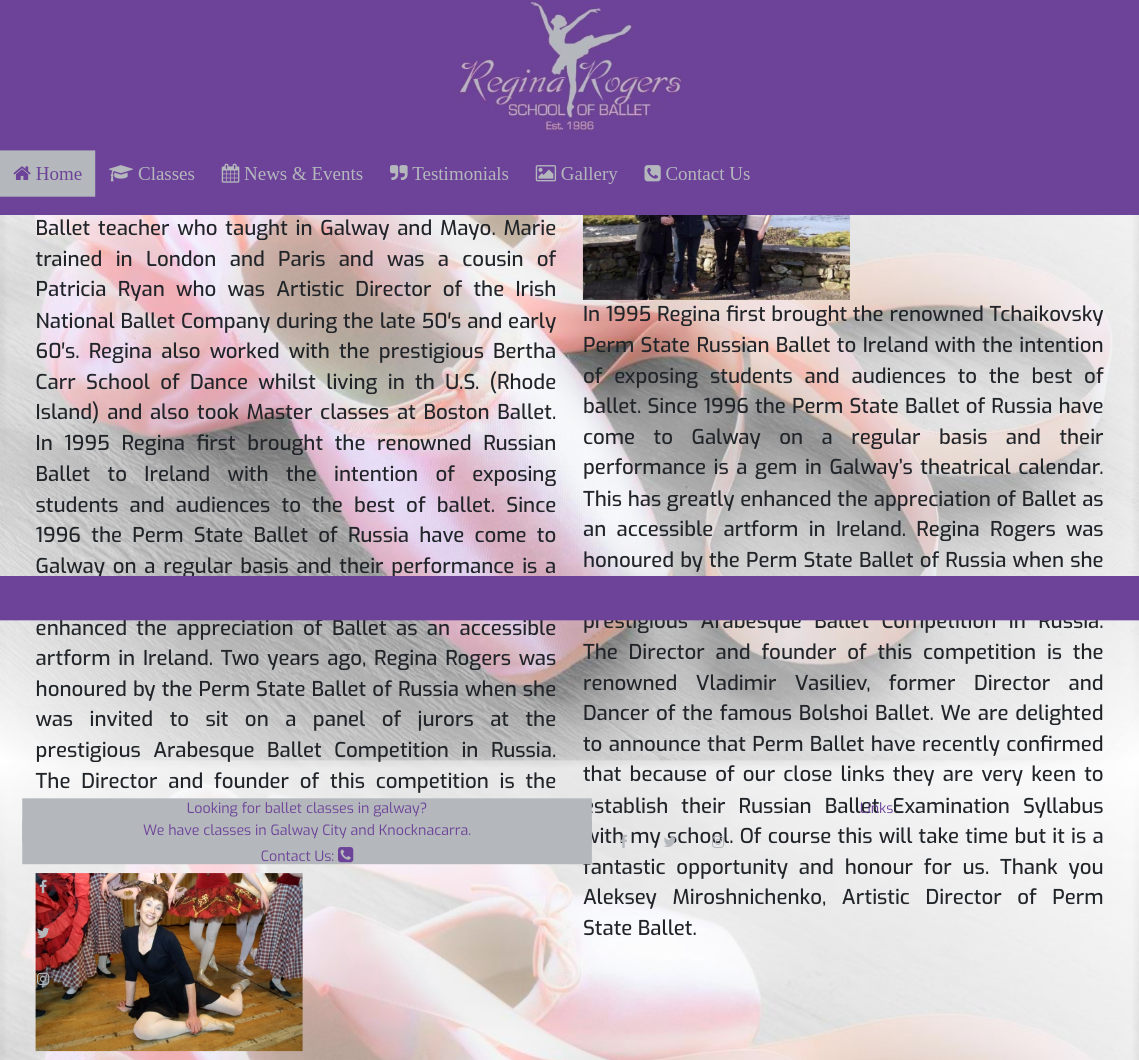
Repository: davidtmiller2010/galwayballet
Page: index1.html
The author's editor kept a record of every edit. The page is drawn from the files as they stood at one moment, then again after the next edit.
The browser window is 1280 px wide. The pictures show the whole page, at 89% of full size.

Above is the page before.

### index1.html
<!DOCTYPE html>
<html lang="en">

<head>
    <meta charset="UTF-8">
    <meta name="viewport" content="width=device-width, initial-scale=1.0">
    <meta http-equiv="X-UA-Compatible" content="ie=edge">
    <link rel="stylesheet" href="https://stackpath.bootstrapcdn.com/bootstrap/4.3.1/css/bootstrap.min.css" type="text/css" />
    <link rel="stylesheet" href="https://stackpath.bootstrapcdn.com/font-awesome/4.7.0/css/font-awesome.min.css" type="text/css" />
    <link rel="stylesheet" href="assets/CSS/style1.css" type="text/css" />
    <link href="https://fonts.googleapis.com/css?family=Exo|Roboto" rel="stylesheet">
    <link href="https://fonts.googleapis.com/css?family=Dancing+Script" rel="stylesheet">
    <title>Regina Rogers</title>
</head>

<body>
    <header>

        <div class="navbar ">
             <ul>
                <li><a href="index.html" class="active col-12  col-2"><i class="fa fa-home fa-lg"> Home</i></a></li>
                <li><a href="Classes.html" class=" col-12  col-2"><i class="fa fa-graduation-cap fa-lg"> Classes</i></a></li>
                <li><a href="News.html" class=" col-12  col-2"><i class="fa fa-calendar fa-lg"> News & Events</i></a></li>
                <li><a href="Testimonial.html" class=" col-12  col-2"><i class="fa fa-quote-right fa-lg"> Testimonials</i></a></li>
                <li><a href="Gallery.html" class=" col-12  col-2"><i class="fa fa-image fa-lg"> Gallery</i></a></li>
                <li><a href="Contact.html" class=" col-12  col-2"><i class="fa fa-phone-square fa-lg"> Contact Us</i></a></li>
            </ul>
        </div>


    </header>
    <section>
        <div class="logo">
            <!---logo--->
        </div>

        <div class="row margin ">
            <div class="col-sm-6 paragraph ">
                <h4>About Regina Rogers</h4>
                <p class="parastyle">
                    Regina Rogers B.A. H.Dip in Ed Director Regina Rogers has been dancing since the age of 4 and teaching since 1986. Her mother, Marie Langan was a well known Ballet teacher who taught in Galway and Mayo. Marie trained in London and Paris and was a cousin
                    of Patricia Ryan who was Artistic Director of the Irish National Ballet Company during the late 50′s and early 60′s. Regina also worked with the prestigious Bertha Carr School of Dance whilst living in th U.S. (Rhode Island) and also
                    took Master classes at Boston Ballet. In 1995 Regina first brought the renowned Russian Ballet to Ireland with the intention of exposing students and audiences to the best of ballet. Since 1996 the Perm State Ballet of Russia have
                    come to Galway on a regular basis and their performance is a gem in Galway’s theatrical calendar. This has greatly enhanced the appreciation of Ballet as an accessible artform in Ireland. Two years ago, Regina Rogers was honoured by
                    the Perm State Ballet of Russia when she was invited to sit on a panel of jurors at the prestigious Arabesque Ballet Competition in Russia. The Director and founder of this competition is the renowned Vladimir Vasiliev, former Director
                    and Dancer of the famous Bolshoi Ballet.
                </p>
                <img src="/assets/images/regina.jpg" width="300" height="200">
            </div>
            <div class="col-sm-6 paragraph">
                <h4>Tchaikovsky Perm State Ballet of Russia</h4>
                <img src="../assets/mainpage.jpg" width="300" height="200">
                <p class="parastyle">
                    In 1995 Regina first brought the renowned Tchaikovsky Perm State Russian Ballet to Ireland with the intention of exposing students and audiences to the best of ballet. Since 1996 the Perm State Ballet of Russia have come to Galway on a regular basis and
                    their performance is a gem in Galway’s theatrical calendar. This has greatly enhanced the appreciation of Ballet as an accessible artform in Ireland. Regina Rogers was honoured by the Perm State Ballet of Russia when she was invited
                    to sit on a panel of jurors at the prestigious Arabesque Ballet Competition in Russia. The Director and founder of this competition is the renowned Vladimir Vasiliev, former Director and Dancer of the famous Bolshoi Ballet. We are
                    delighted to announce that Perm Ballet have recently confirmed that because of our close links they are very keen to establish their Russian Ballet Examination Syllabus with my school. Of course this will take time but it is a fantastic
                    opportunity and honour for us. Thank you Aleksey Miroshnichenko, Artistic Director of Perm State Ballet.
                </p>
            </div>

        </div>
    </section>
    <footer>
        <div class="row container-fluid1">
            <div class="col-sm-6 footermessage">
                <h7 class="uppercase general">Looking for ballet classes in galway?</h7><br/>
                <p class="inline-block footermessage">
                    We have classes in Galway City and Knocknacarra.
                    <br>
                    Contact Us:
                    <a href="#" target="_blank">
                     <i class="fa fa-phone-square infobutton" aria-hidden="true"></i>
                    </a>
                    <li class=" list-inline-item">
                        <a target="_blank" href="#">
                            <i class="fa fa-facebook footericon " aria-hidden="true"></i>
                            <span class="sr-only">Facebook</span>
                        </a>
                        <a target="_blank" href="#">
                            <i class="fa fa-twitter footericon " aria-hidden="true"></i>
                            <span class="sr-only">Twitter</span>
                        </a>


                        <a target="_blank" href="#">
                            <i class="fa fa-instagram footericon " aria-hidden="true"></i>
                            <span class="sr-only">Instagram</span>
                        </a>
                    </li>
                </p>
            </div>
            <div class="col-sm-6 footerlinks">
                <h7 class="uppercase ">Links</h7><br/>
                <ul class="list-inline social-links">
                    <li class=" list-inline-item">
                        <a target="_blank" href="#">
                            <i class="fa fa-facebook footericon " aria-hidden="true"></i>
                            <span class="sr-only">Facebook</span>
                        </a>
                    </li>
                    <li class=" list-inline-item">
                        <a target="_blank" href="#">
                            <i class="fa fa-twitter footericon " aria-hidden="true"></i>
                            <span class="sr-only">Twitter</span>
                        </a>
                    </li>
                    <li class=" list-inline-item">
                        <a target="_blank" href="#">
                            <i class="fa fa-instagram footericon " aria-hidden="true"></i>
                            <span class="sr-only">Instagram</span>
                        </a>
                    </li>
                </ul>
            </div>
        </div>
        </div>
    </footer>
    <script src="https://code.jquery.com/jquery-3.3.1.slim.min.js" integrity="sha384-q8i/X+965DzO0rT7abK41JStQIAqVgRVzpbzo5smXKp4YfRvH+8abtTE1Pi6jizo" crossorigin="anonymous"></script>
    <script src="https://cdnjs.cloudflare.com/ajax/libs/popper.js/1.14.7/umd/popper.min.js" integrity="sha384-UO2eT0CpHqdSJQ6hJty5KVphtPhzWj9WO1clHTMGa3JDZwrnQq4sF86dIHNDz0W1" crossorigin="anonymous"></script>
    <script src="https://stackpath.bootstrapcdn.com/bootstrap/4.3.1/js/bootstrap.min.js" integrity="sha384-JjSmVgyd0p3pXB1rRibZUAYoIIy6OrQ6VrjIEaFf/nJGzIxFDsf4x0xIM+B07jRM" crossorigin="anonymous"></script>
</body>

### assets/CSS/style1.css
@import url('https://fonts.googleapis.com/css?family=Exo:100,200,300,400,500,600,700|Roboto:100,200,300,400,500,600,700');

/*----------colors---------*/

.bg-color-details {
    background: none;
    color: #6D4399;
}

.formbg {
    background: none;
}


.bg-color-contact {
    color: #6D4399;
    background: none;
}

.submit {
    color: darkgreen;
    border: solid #B4B7BC;
    margin-top: 5px;
    font-weight: bold;
    padding: 10px;
    margin: 5px 10px 0 10px;
}

.reset {
    border: solid #B4B7BC;
    color: darkred;
    margin-top: 5px;
    font-weight: bold;
    padding: 10px;
    margin: 5px 10px 0 10px;
}

.bars {
    background-color: #6D4399;
    color: #B4B7BC;
    margin-left: 10px;
    margin-top: 10px;
    padding: 0;
    top: 0;
    display: block;
    cursor: pointer;
    z-index: 2;
    position: fixed
}

.form-control {
    border: solid #B4B7BC;
}



/*----------Header---------*/

header {
    margin-bottom: 0;
}

/*.navbar {
    overflow: hidden;
    background-color: #6D4399;
    position: fixed;
    top: 0;
    width: 100%;
    height: 90px;
    padding: 0;
    float: right;
}*/

.icons {
    display: none;
}

ul {
    list-style-type: none;
    margin-bottom: 0;
    margin-top: 0;
    padding: 0;
    background-color: #6D4399;

}

li {
    float: left;
    list-style: none;
}

li a {
    display: block;
    color: #B4B7BC;
    text-align: center;
    padding: 14px 16px;
    text-decoration: none;
}

li a:hover:not(.active) {
    background-color: #B4B7BC;
}

li a:hover {
    color: white;
    background-color: #6D4399;
}

.active {
    background-color: #B4B7BC;
    color: #6D4399;
}


/*----------body---------*/

body {
    top: 20px;
    background-image: url("../images/balletshoes.jpg");
    background-size: 100%;
    font-family: "Exo", sans-serif;
}

.logo {
    background: #6D4399;
    background-image: url("../images/reginalogo3.jpg");
    background-position: center;
    background-repeat: no-repeat;
    background-size: contain;
    top: 0;
    width: 100%;
    position: fixed;
    height: 150px;
    padding: 0;
    margin: 0;
    z-index: 1;
}


.row {
    margin-left: 25px;
    margin-right: 25px;

}

.layout {
    z-index: -1;
}

.paragraph {
    margin: 10px 0;
    text-align: justify;
    text-justify: inter-word;
    font-family: "Exo", Times, serif;
    font-size: 10px;
    font-weight: 500;
    z-index: -1;
}


/*----------Footer---------*/

footer {
    background: #6D4399;
    color: #6D4399;
    padding-bottom: 10px;
    margin: 0;
    text-align: center;
    height: 50px;
    position: fixed;
    width: 100%;
    bottom: 23px;
}

.footermessage {
    background-color: #B4B7BC;
    margin: 0;
    height: 50px;
    padding: 0px;
}

.infobutton {
    background-color: #B4B7BC;
    font-size: 20px;
    color: #6D4399;
    margin: 0;
    margin-top: 5px;
    padding: 0;
    transition: all 0.5s ease-in-out;
    -moz-transition: all 0.5s ease-in-out;
    -webkit-transition: all 0.5s ease-in-out;
    -o-transition: all 0.5s ease-in-out;
}

.infobutton:hover {
    color: white;
}

/*----------Tables---------*/

table th {
    background: #6D4399;
    color: white;
    border: solid;
    border-color: #6D4399;
    text-align: center;
}

table td {
    border: solid;
    color: black;
    border-color: #6D4399;
}

#formstyle {
    width: 50%;
    display: inline-block;
    text-align: center;
    margin-left: 25%;
    margin-right: 25%;
}

.form-row {
    margin-top: 5px;
}

/*----------General---------*/

.headers {
    font-weight: 800;
    font-family: "Exo", sans-serif;
    text-align: center;
    text-decoration: underline;
}

.heading {
    font-weight: 600;
    font-family: "Exo", sans-serif;
    text-align: center;
    margin-top: 10px;
    font-size: 40px;

}

.headerstyle {
    font-weight: 700;
    font-family: "Exo", sans-serif;
    text-align: center;
    margin-bottom: 15px;
}

.testhead {
    font-weight: 600;
    font-family: "Exo", sans-serif;
    text-align: center;
    margin-top: 20px;
    font-size: 30px;
    text-decoration: underline;
}


.container-fluid1 {
    padding: 0;
    margin-top: 150px;
    margin-bottom: 80px;
    height: 100%;
    width: 100%;
}

.contact-heading {
    margin: 25px 0;
}

.gallery {
    width: 100%;
    text-align: center;
}

.news {
    z-index: -1;
    font-weight: 600;
    text-align: center;
    margin: 10px 0 20px 0px;
}

.newsheader {
    margin-top: 10px;
    text-align: center;
    text-decoration: underline;
    font-weight: bold;
    color: #696969;
}

.bordernews {
    border-style: solid;
    border-width: 1px;
    font-weight: 600;
}

/*----------Testimonials---------*/

.testimonials {
    padding: 0;
    margin: 5px;
    width: 100%;
    text-align: justify;
    z-index: -1;
    font-weight: 600;
    font-family: "Exo", sans-serif;
}

.image {
    width: 200px;
    height: 200px;
    margin: 5px 80px;
}

/*----------Media Queries---------*/

@media screen and (max-width: 767px)
/* Mobile */

    {

    ul {
        font-size: 8px;
    }

    nav ul a {
        margin-right: 60%;
        display: inline-block;
    }

    .fontsize {
        font-size: 10px;
        margin-bottom: 25px;
        text-align: justify;
        margin-right: 10px;
        font-weight: 600;
    }

    .footermessage {
        font-size: 15px;
    }

    .center {
        width: 50%;
        display: block;
        margin-left: auto;
        margin-right: auto;
        height: 50%;
    }

    .table {
        border: solid;
        width: 90%;
        height: 100%;
        color: black;
        border-color: #6D4399;
        margin-left: 10%;
        margin-right: 10%;
        background-color: #B4B7BC;
        overflow: auto;
        font-size: 10px;
    }

    .responsive {
        overflow: auto;
        height: 100%;
        width: 340px;
        margin: 0;

    }


    .picdimensions {
        width: 0px;
        height: 0px;
    }

    .parastyle {
        font-size: 15px;
    }

    .navbar {
        display: flex;
        flex-direction: column;
        align-items: center;
        background-color: #6D4399;
        position: fixed;
        top: 25px;
        width: 35%;
        height: 300px;
        padding: 0;
        float: right;
        transform: translateX(-100%);
        transition: transform 1s ease-in-out;
        z-index: 2;
    }

    .navbar-active {
        transform: translateX(0);
    }

    #formstyle {
        width: 80%;
        display: inline-block;
        text-align: center;
        margin-left: 10%;
        margin-right: 10%;
    }

    .textsize {
        font-size: 15px;
    }

    .video {
        width:0;
        height:0;
    }

}

@media screen and (min-width: 768px) and (max-width: 991px)
/* Tablet */

    {

    ul {
        font-size: 10px;
    }

    .bars {
        display: none;
    }

    nav ul a {
        margin-right: 25%;
        display: inline-block;
    }

    .gallery {

        width: 49%;
        text-align: center;
    }

    .testimonials {
        padding: 0;
        margin: 1px;
        /*width: 100%;*/
        text-align: justify;
        z-index: -1;
        font-weight: 600;
        font-family: "Exo", sans-serif;
    }

    .image {
        width: 300px;
        height: 250px;
        margin: 10px;
        align-items: center;
    }

    .center {
        width: 60%;
        display: block;
        margin: 5px 20% 5px 20%;
        height: 50%;
        text-align: center;
    }

    .fontsize {
        font-size: 20px;
        margin-bottom: 20px;
        margin-right: 10px;
        text-align: justify;
        font-weight: 600;
    }

    .newsheader {
        margin-top: 10px;
        text-align: center;
        text-decoration: underline;
        font-weight: bold;
        color: #191970;
        font-size: 30px;
    }

    .table {
        border: solid;
        width: 100%;
        height: 100%;
        color: black;
        border-color: #6D4399;
        margin-left: 10%;
        margin-right: 10%;
        background-color: #B4B7BC;
        overflow: auto;
    }

    .responsive {
        overflow: auto;
        height: 100%;
        width: 660px;
        margin-left: 10px;
        margin-right: 10px;

    }

    .picdimensions {
        width: 300px;
        height: 200px;
    }

    .paragraph {
        margin: 10px 0;
        text-align: justify;
        text-justify: inter-word;
        font-family: "Exo", Times, serif;
        font-size: 20px;
        font-weight: 500;
        z-index: -1;
    }

    .navbar {
        overflow: hidden;
        background-color: #6D4399;
        position: fixed;
        top: 150px;
        width: 100%;
        height: 90px;
        padding: 0;
        float: right;
        z-index: 2;
    }

    .container-fluid1 {
        padding: 0;
        margin-top: 250px;
        margin-bottom: 80px;
        height: 100%;
        width: 100%;
    }

    header {
        margin-bottom: 90px;
    }

    .testhead {
        text-align: left;
    }

}

@media screen and (min-width: 992px)
/* Desktop */

    {
    .bars {
        display: none;
    }


    .gallery {
        margin: 1px;
        text-align: center;
        width: 32%;

    }

    .testimonials {
        padding: 0;
        margin: 1px;
        width: 100%;
        text-align: justify;
        z-index: -1;
        font-weight: 600;
        font-family: "Exo", sans-serif;
    }

    .image {
        width: 500px;
        height: 500px;
        margin: 10px;

    }

    .center {
        width: 600px;
        display: block;
        margin: 10px 30px 10px 60px;
        height: 300px;
        text-align: center;

    }

    .fontsize {
        font-size: 25px;
        margin-bottom: 10px;
        text-align: justify;
        margin-right: 10px;
        font-weight: 600;
    }

    .newsheader {
        margin-top: 10px;
        text-align: left;
        text-decoration: underline;
        font-weight: bold;
        color: #6D4399;
        font-size: 40px;
    }

    .table {
        border: solid;
        width: 100%;
        height: 100%;
        color: black;
        border-color: #6D4399;
        background-color: #B4B7BC;
        overflow: auto;
    }

    .responsive {
        overflow: auto;
        height: 100%;
        width: 90%;
        margin-left: 5%;
        margin-right: 5%;

    }

    .picdimensions {
        width: 480px;
        height: 350px;

    }

    .paragraph {
        margin: 10px 0;
        text-align: justify;
        text-justify: inter-word;
        font-family: "Exo", Times, serif;
        font-size: 23px;
        font-weight: 500;
        z-index: -1;
    }

    .navbar {
        overflow: hidden;
        background-color: #6D4399;
        position: fixed;
        top: 150px;
        width: 100%;
        height: 90px;
        padding: 0;
        float: right;
        z-index: 2;
    }

    .container-fluid1 {
        padding: 0;
        margin-top: 250px;
        margin-bottom: 80px;
        height: 100%;
        width: 100%;
    }

    header {
        margin-bottom: 90px;
    }

    .testhead {
        text-align: left;
    }

}

After the next edit:
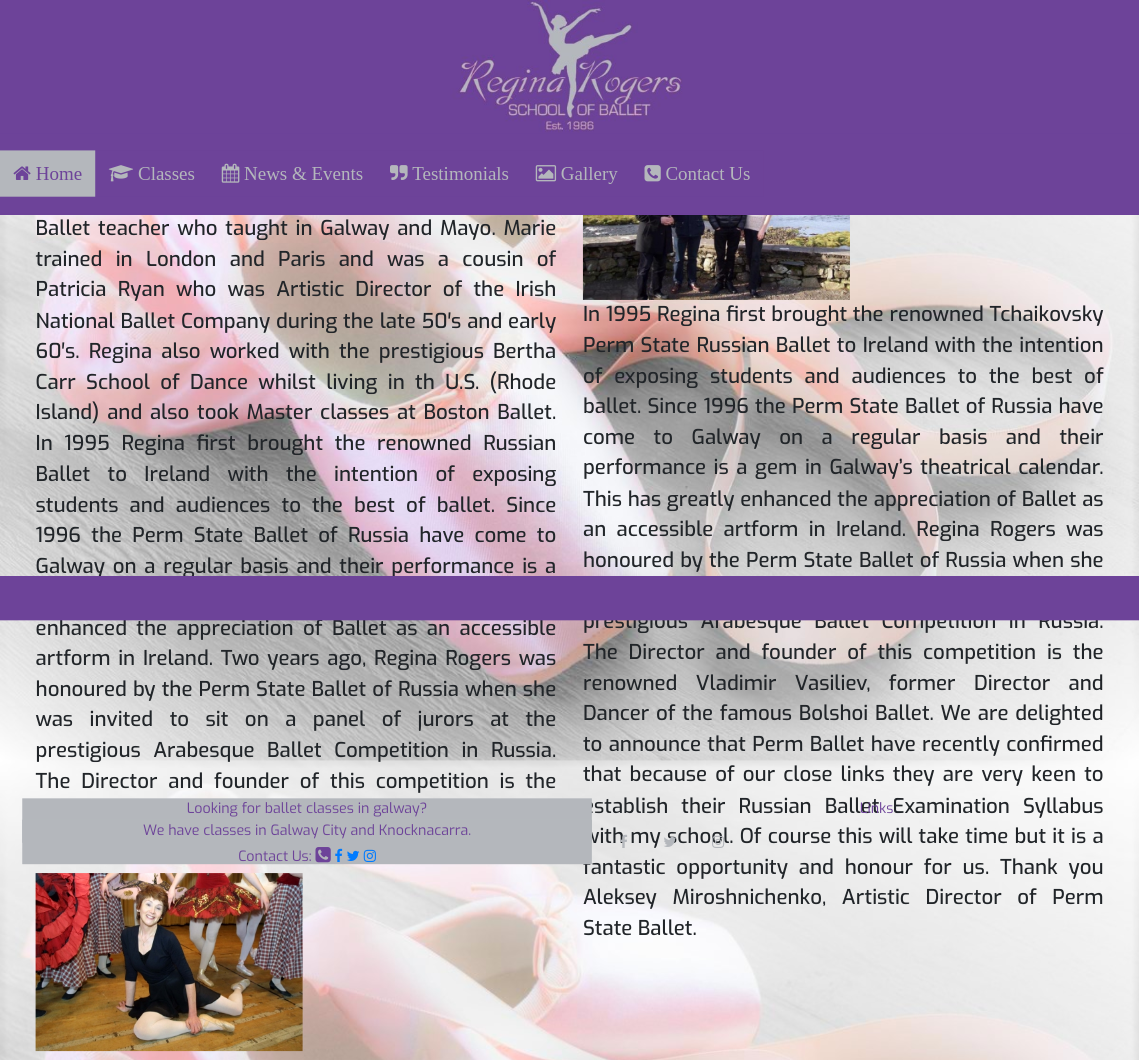
The edit:
--- a/index1.html
+++ b/index1.html
@@ -72,7 +72,6 @@
                     <a href="#" target="_blank">
                      <i class="fa fa-phone-square infobutton" aria-hidden="true"></i>
                     </a>
-                    <li class=" list-inline-item">
                         <a target="_blank" href="#">
                             <i class="fa fa-facebook footericon " aria-hidden="true"></i>
                             <span class="sr-only">Facebook</span>
